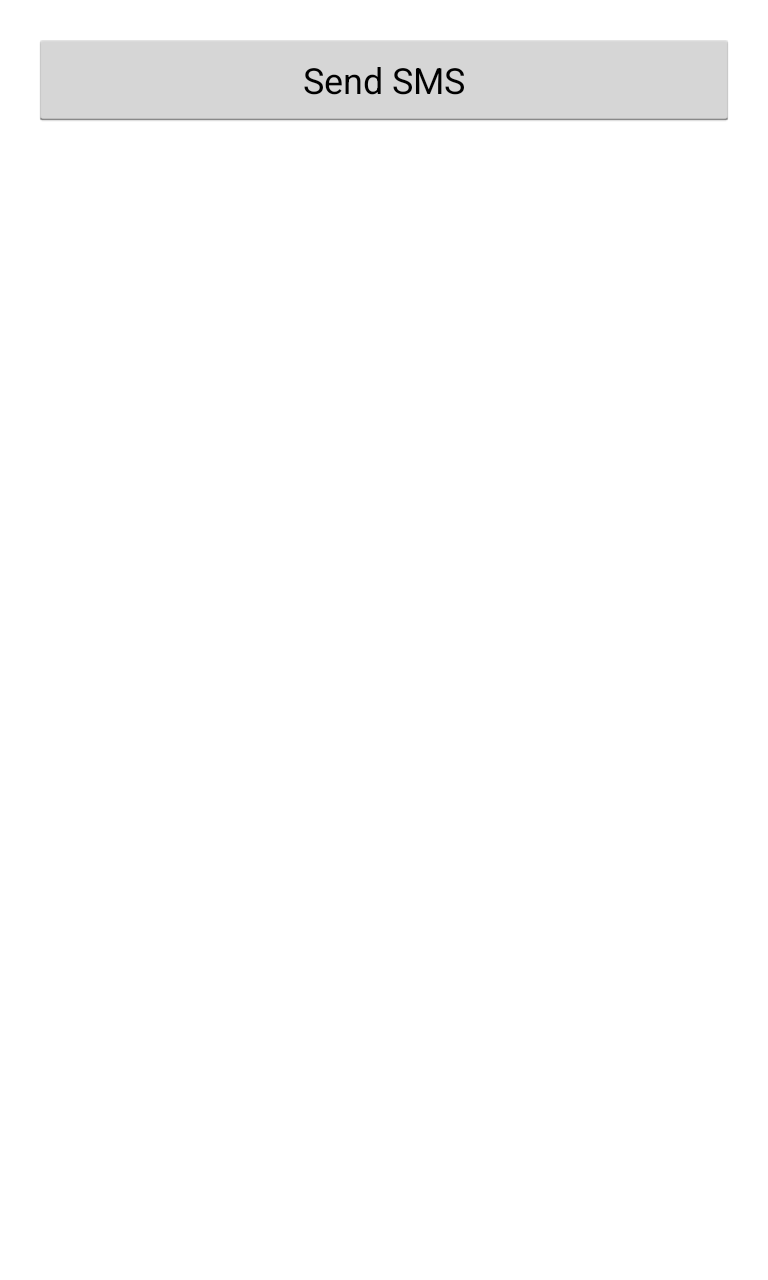
Repository: vamsiampolu/androidworkspace
Layout: MySMSExample/res/layout/activity_main.xml
The author's editor kept a copy of each file at every save. The layout is drawn from the files as they stood at one save, then again after the next save.
It is drawn on a 768 x 1280 px phone screen (xhdpi) without system bars, with theme AppTheme; the app's code is not run.

Above is the layout before, as saved 2013-05-04 00:47:37.

### MySMSExample/res/layout/activity_main.xml
<LinearLayout xmlns:android="http://schemas.android.com/apk/res/android"
    xmlns:tools="http://schemas.android.com/tools"
    android:layout_width="match_parent"
    android:layout_height="match_parent"
    android:paddingBottom="@dimen/activity_vertical_margin"
    android:paddingLeft="@dimen/activity_horizontal_margin"
    android:paddingRight="@dimen/activity_horizontal_margin"
    android:paddingTop="@dimen/activity_vertical_margin"
    tools:context=".MainActivity" >

    <Button
        android:layout_width="fill_parent"
        android:layout_height="wrap_content"
        android:text="Send SMS"
        android:onClick="onClickSend"
         />

    <Button android:layout_width="fill_parent"
        	android:layout_height="wrap_content"
        	android:text="Messaging App"
        	android:onClick="onClickInvokeMessaging"/>
</LinearLayout>

Loaded but not shown: MySMSExample/res/values/styles.xml (common file); MySMSExample/res/values-v11/styles.xml (common file); MySMSExample/res/values-v14/styles.xml (common file); MySMSExample/res/values/dimens.xml (common file)

After the next save:
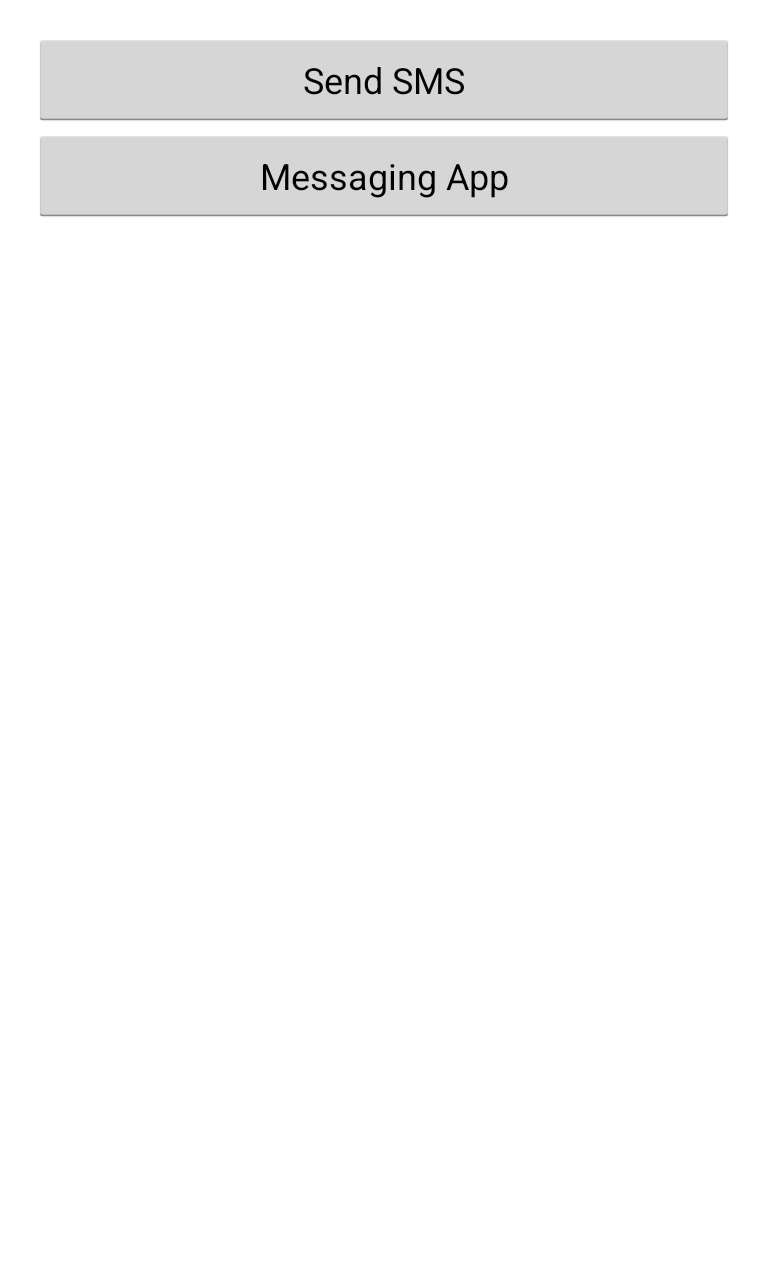
Saved 34 s later.
--- a/MySMSExample/res/layout/activity_main.xml
+++ b/MySMSExample/res/layout/activity_main.xml
@@ -6,7 +6,9 @@
     android:paddingLeft="@dimen/activity_horizontal_margin"
     android:paddingRight="@dimen/activity_horizontal_margin"
     android:paddingTop="@dimen/activity_vertical_margin"
-    tools:context=".MainActivity" >
+    tools:context=".MainActivity"
+    android:orientation="vertical"
+     >
 
     <Button
         android:layout_width="fill_parent"
